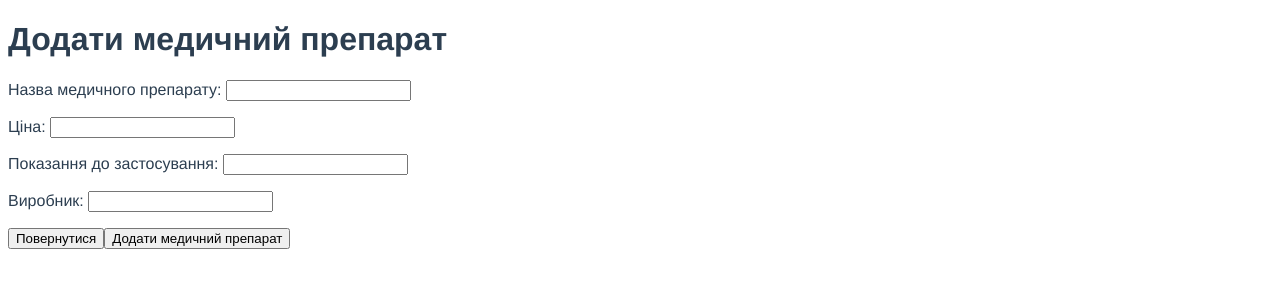
Repository: kristinap8/pharmacy
Page: /add_medicine
An editor plug-in stored every save of this project. The page is shown before and after the next save, followed by the edit.
The browser window is 1280 px wide. The pictures show the whole page.
The project was rebuilt for these pictures with package versions that can differ from the ones it lists, and the page was loaded fresh each time. Also part of the build but not shown: src/components/EditMedicineForm/index.vue, src/pages/EditMedicine/index.vue, src/components/MedicinesList/MedicineCard/index.vue, src/components/MedicinesList/index.vue, src/pages/AllMedicines/index.vue, src/components/CartForm/index.vue, src/pages/Cart/index.vue.

Above is the page before, as saved 2020-12-09 23:20:41.

After the next save:
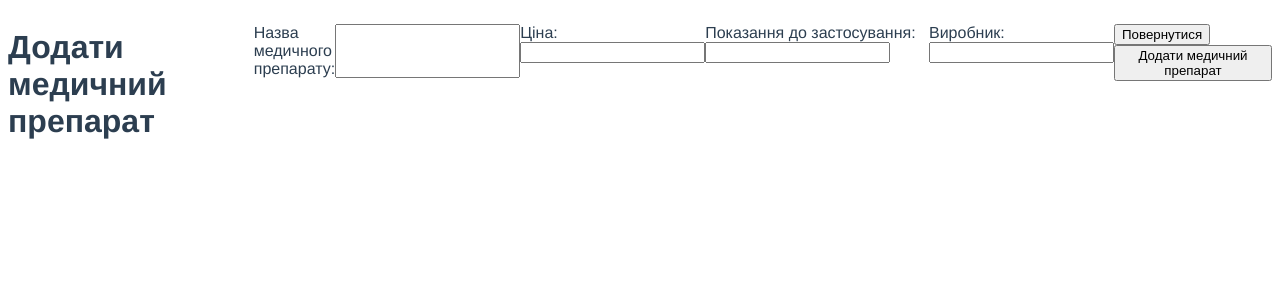
Saved 38 s later.
--- a/src/components/AddMedicineForm/index.vue
+++ b/src/components/AddMedicineForm/index.vue
@@ -65,6 +65,6 @@ import { mapActions } from 'vuex'
 
 <style lang="scss" scoped>
 .form{
-    text-align:justify
+    display:flex
 }
 </style>
